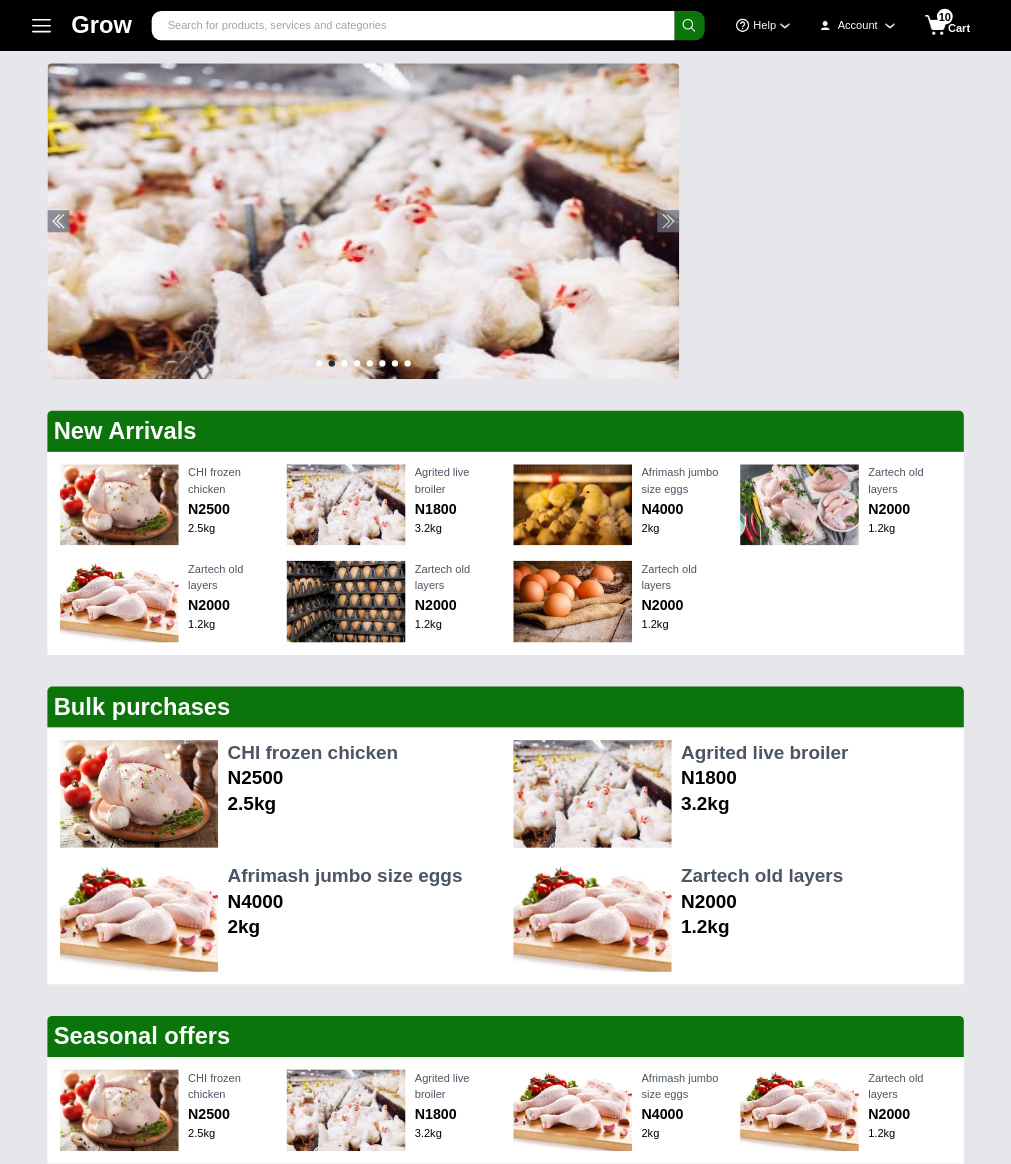
Repository: IssaMuiz/ifarmstock
Page: /
The author's editor kept a copy of each file at every save. The page is drawn from the files as they stood at one save, then again after the next save.
The browser window is 1280 px wide. The pictures show the whole page, at 79% of full size.
The project was rebuilt for these pictures with package versions that can differ from the ones it lists, and the page was loaded fresh each time. The framework's server and built-in components were replaced by stand-ins that run in the browser. Also part of the build but not shown: next.config.mjs.

Above is the page before, as saved 2024-08-31 05:56:07.

After the next save:
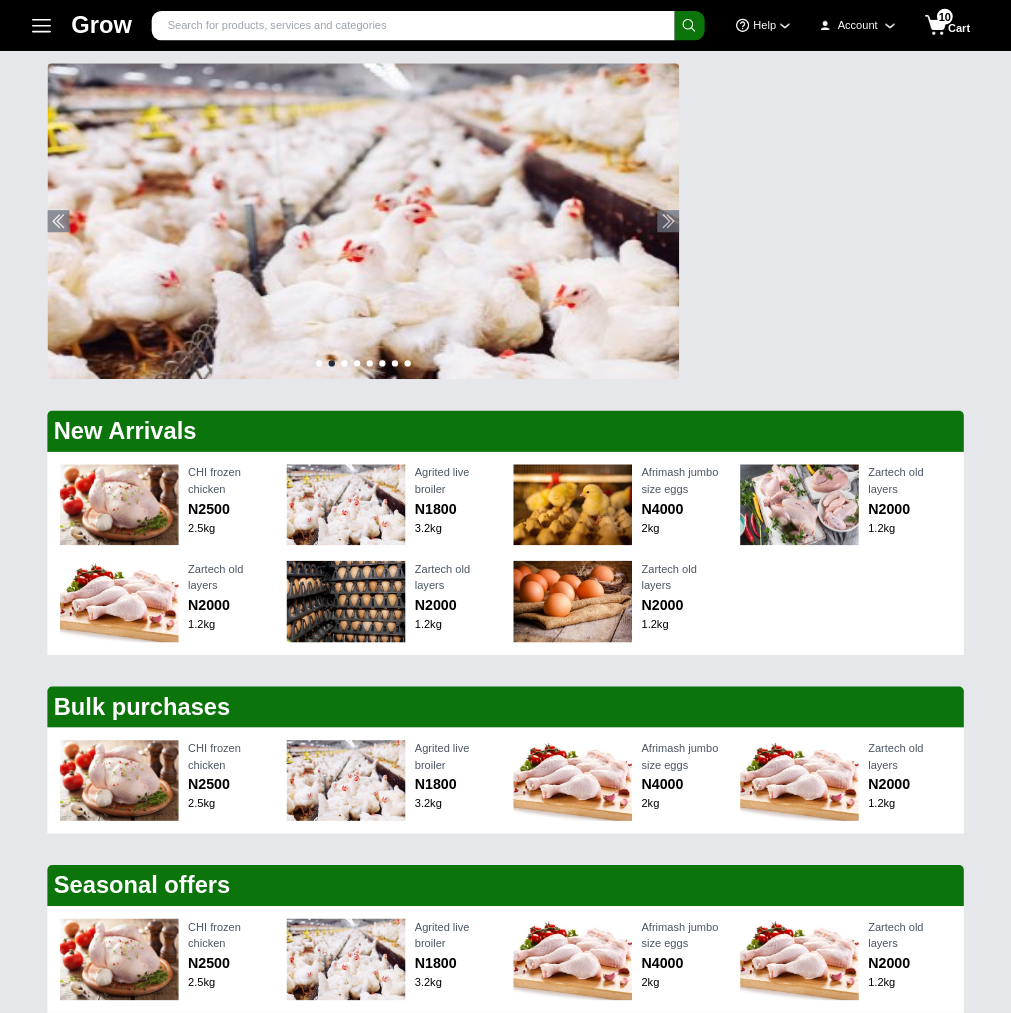
Saved 25 s later.
--- a/components/bulkPurchasesCards.tsx
+++ b/components/bulkPurchasesCards.tsx
@@ -3,13 +3,15 @@ import bulkPurchasesCards from "@/models/bulkPurchasesCards.json";
 const BulkPurchasesCard = () => {
   return (
     <div className="bg-white h-auto p-4">
-      <div className="grid grid-cols-2 gap-5">
+      <div className="grid grid-cols-4 gap-5">
         {bulkPurchasesCards.map((product, index) => (
           <div key={index} className="flex gap-3">
-            <Image src={product.image} alt="poultry" width={200} height={200} />
-            <div className="text-2xl font-semibold">
-              <p className="text-gray-600">{product.name}</p>
-              <p>N{product.Price}</p>
+            <Image src={product.image} alt="poultry" width={150} height={150} />
+            <div className="text-md">
+              <p content="" className="text-gray-600">
+                {product.name}
+              </p>
+              <p className="font-semibold text-lg">N{product.Price}</p>
               <p>{product.weight}</p>
             </div>
           </div>
